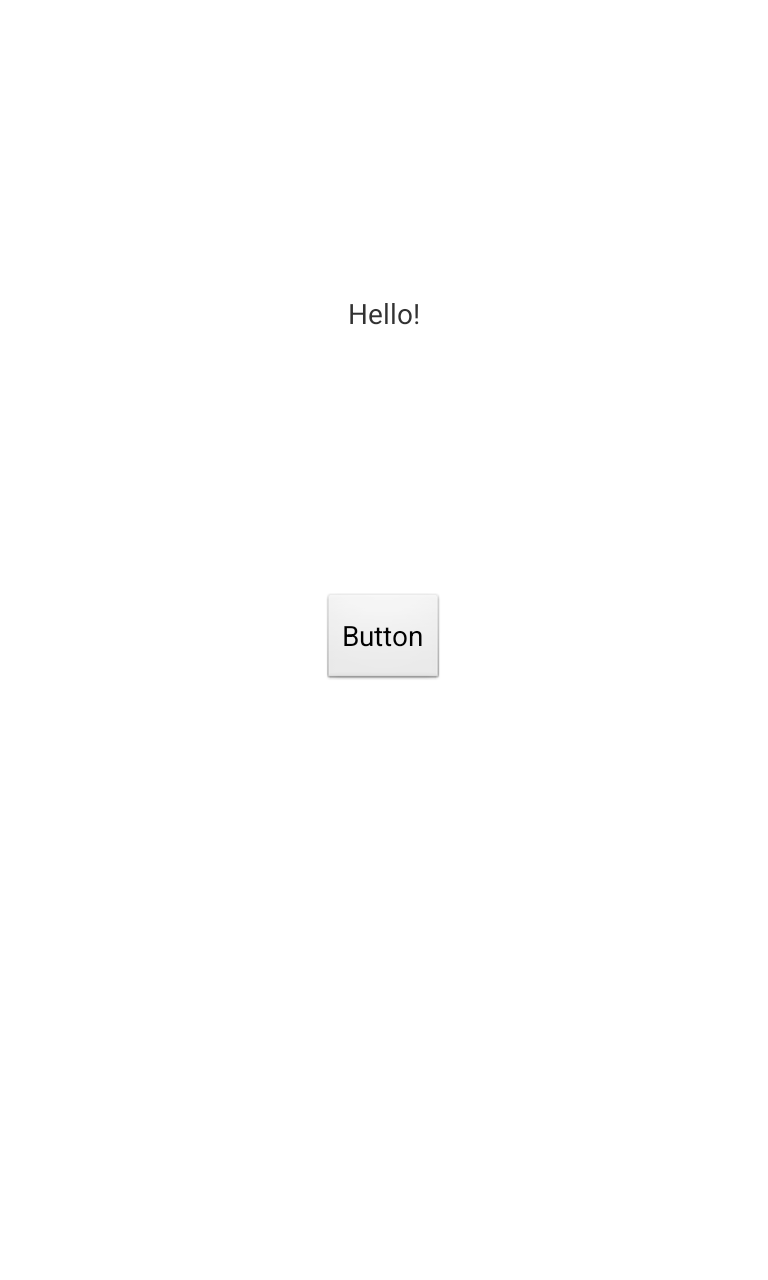
Repository: echolomaniac/HelloWorld
Layout: HelloWorld/res/layout/display_input.xml
The author's editor kept a copy of each file at every save. The layout is drawn from the files as they stood at one save, then again after the next save.
It is drawn on a 768 x 1280 px phone screen (xhdpi) without system bars, with theme android:Theme.Light.NoTitleBar; the app's code is not run.

Above is the layout before, as saved 2014-05-06 06:22:40.

### HelloWorld/res/layout/display_input.xml
<?xml version="1.0" encoding="utf-8"?>
<RelativeLayout xmlns:android="http://schemas.android.com/apk/res/android"
    android:layout_width="match_parent"
    android:layout_height="match_parent" >

    <TextView
        android:id="@+id/textView1"
        android:layout_width="wrap_content"
        android:layout_height="wrap_content"
        android:layout_alignParentTop="true"
        android:layout_centerHorizontal="true"
        android:layout_marginTop="147dp"
        android:text="@string/field_Hello" />

    <Button
        android:id="@+id/button1"
        android:layout_width="wrap_content"
        android:layout_height="wrap_content"
        android:layout_centerHorizontal="true"
        android:layout_centerVertical="true"
        android:text="Button" />

</RelativeLayout>

### HelloWorld/res/values/strings.xml
<?xml version="1.0" encoding="utf-8"?>
<resources>

    <string name="app_name">HelloWorld</string>
    <string name="hello_world">Hello world!</string>
    <string name="action_settings">Settings</string>
    <string name="enter_name">Please type in your name:</string>
    <string name="hello_button">Hello!</string>
    <string name="hint_enter_name">Enter here</string>
    <string name="button_cancel">Cancel</string>
    <string name="field_Hello">Hello!</string>
    <string name="button_exit">Exit</string>

</resources>

After the next save:
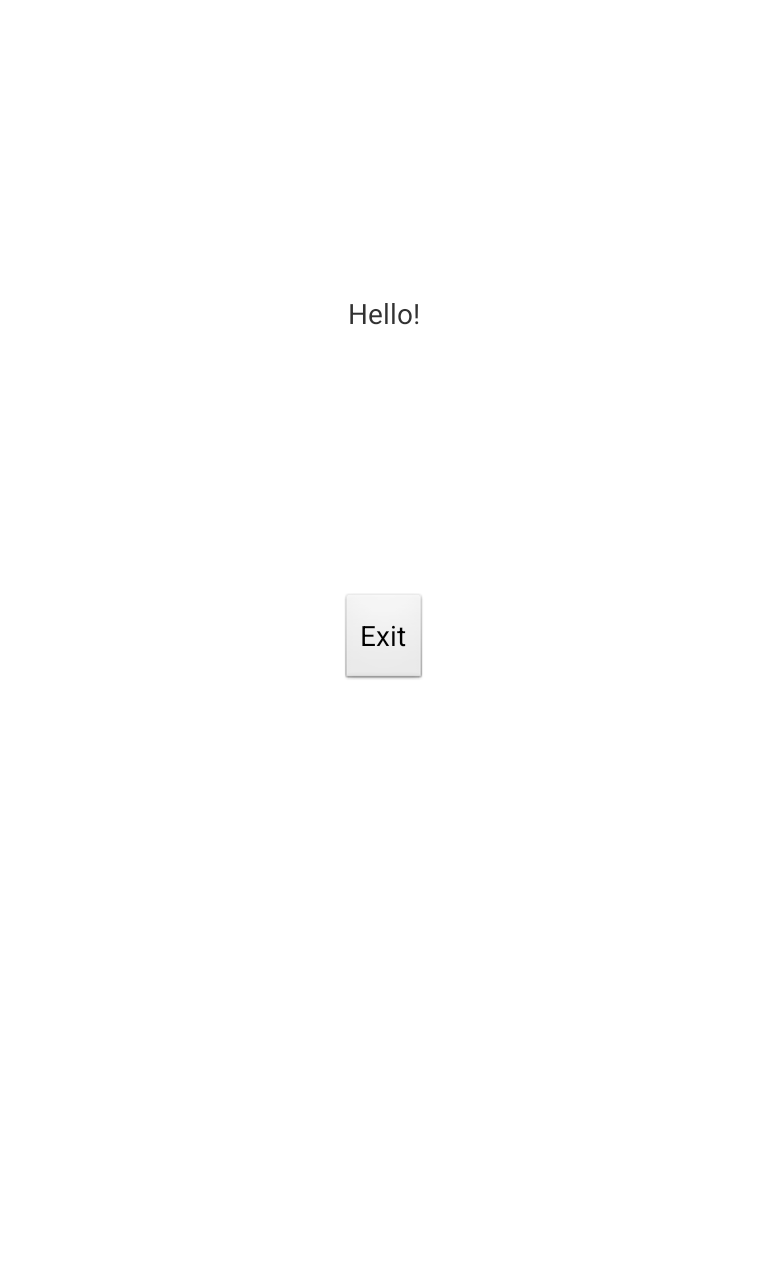
Saved 16 s later.
--- a/HelloWorld/res/layout/display_input.xml
+++ b/HelloWorld/res/layout/display_input.xml
@@ -18,6 +18,6 @@
         android:layout_height="wrap_content"
         android:layout_centerHorizontal="true"
         android:layout_centerVertical="true"
-        android:text="Button" />
+        android:text="@string/button_exit" />
 
 </RelativeLayout>
